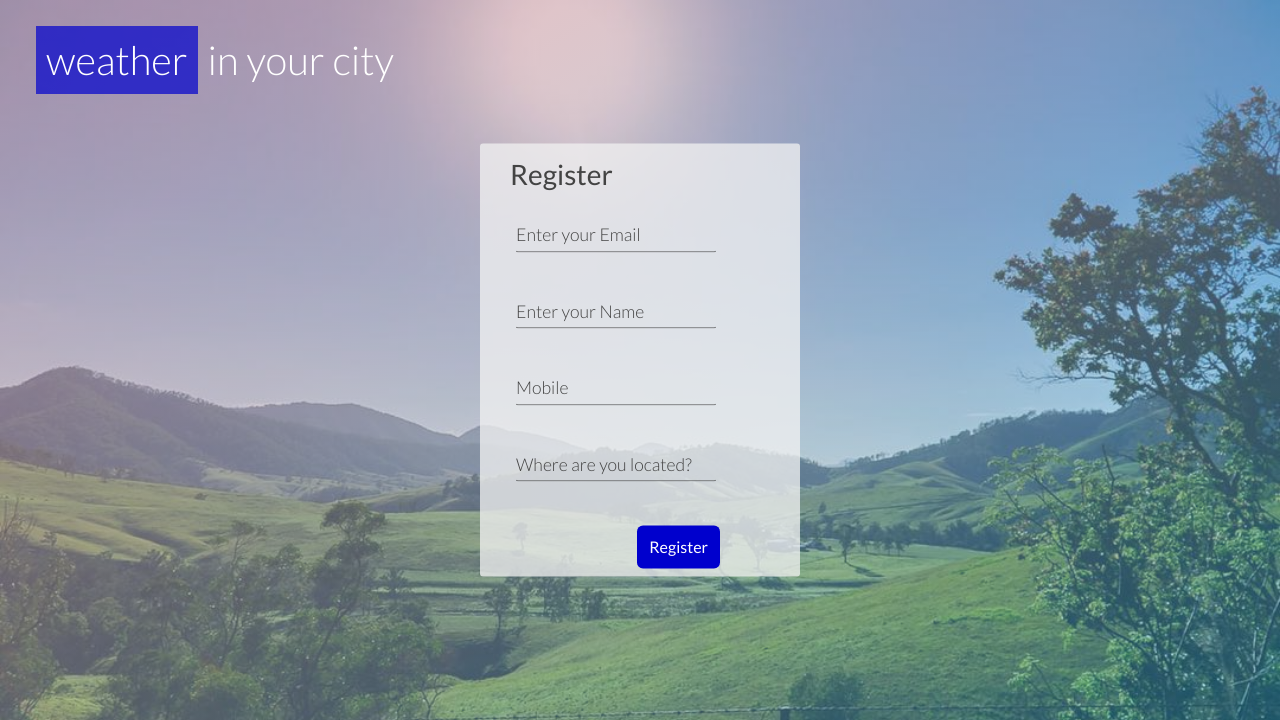
Repository: nosplashurinal/weather-app
Page: /
These files come from the project's save history. The page is drawn as it stood at one moment and after the next save; the edit follows.
The browser window is 1280 px wide. The pictures show the whole page.
The project was rebuilt for these pictures with package versions that can differ from the ones it lists, and the page was loaded fresh each time. Also part of the build but not shown: src/components/RecentSearches.vue, src/components/Search.vue, src/components/WeatherDataBlock.vue, src/components/Login.vue.

Above is the page before, as saved 2018-12-31 18:22:58.

After the next save:
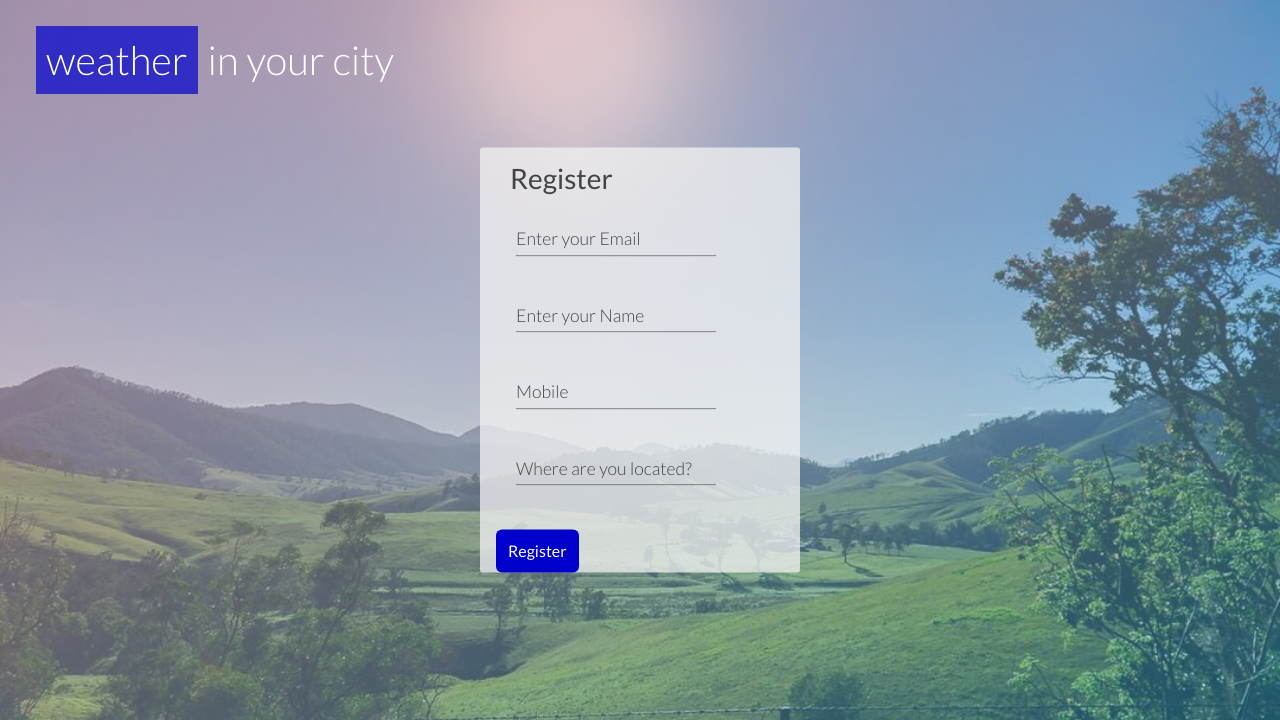
Saved 19 s later.
--- a/src/styles/registration.scss
+++ b/src/styles/registration.scss
@@ -56,6 +56,6 @@
     margin-right: 1em;
     border-radius: 6px;
     cursor: pointer;
-    float: right;
+    margin: auto;
   }
 }
